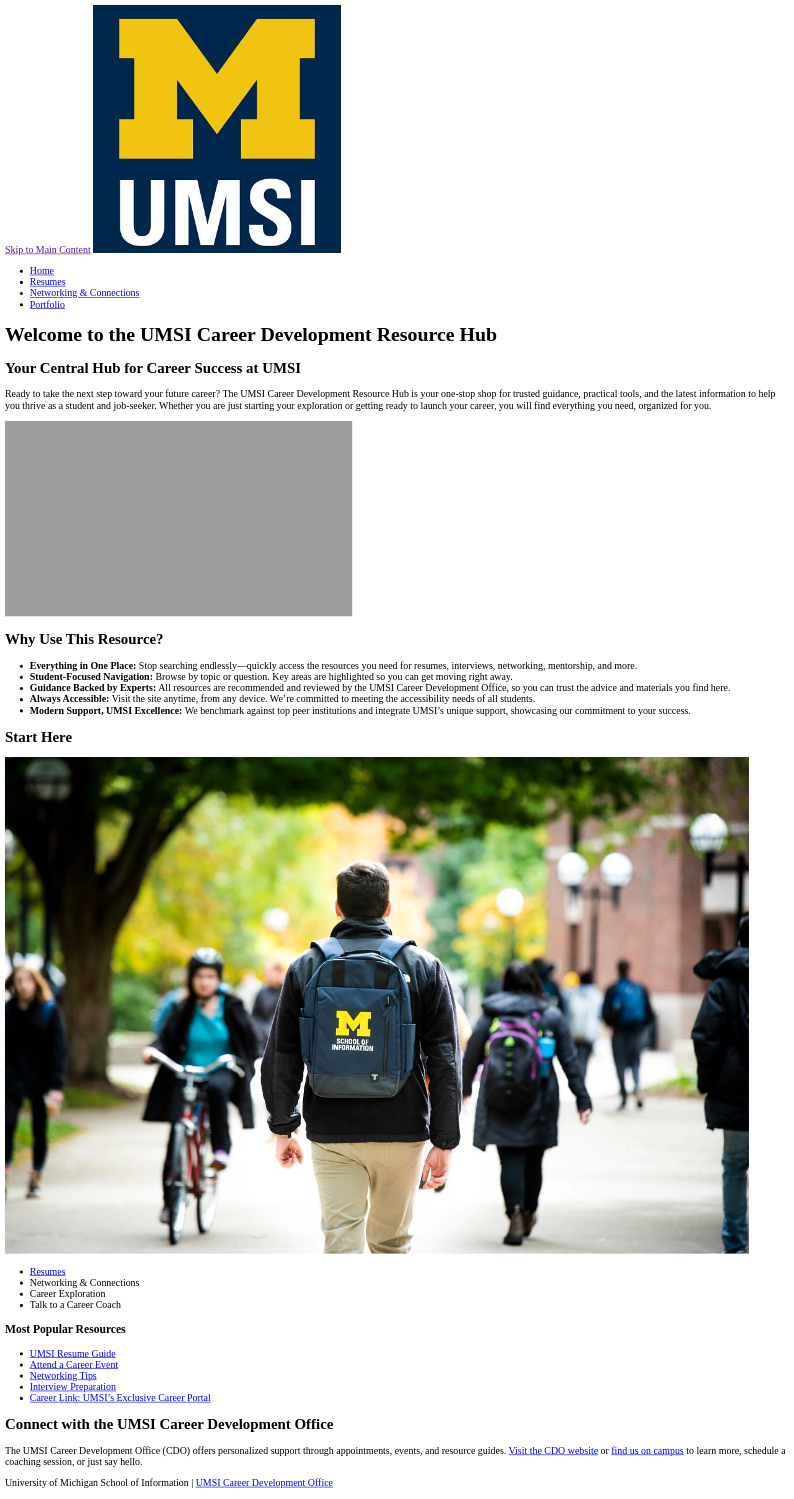
Repository: SylviaTingUM/client_project_w26
Page: index.html
These files come from the project's save history. The page is drawn as it stood at one moment and after the next save; the edit follows.
The browser window is 1280 px wide. The pictures show the whole page, at 62% of full size.
Pictures or frames that could not be fetched are drawn as grey boxes.

Above is the page before, as saved 2026-01-16 14:53:55.

After the next save:
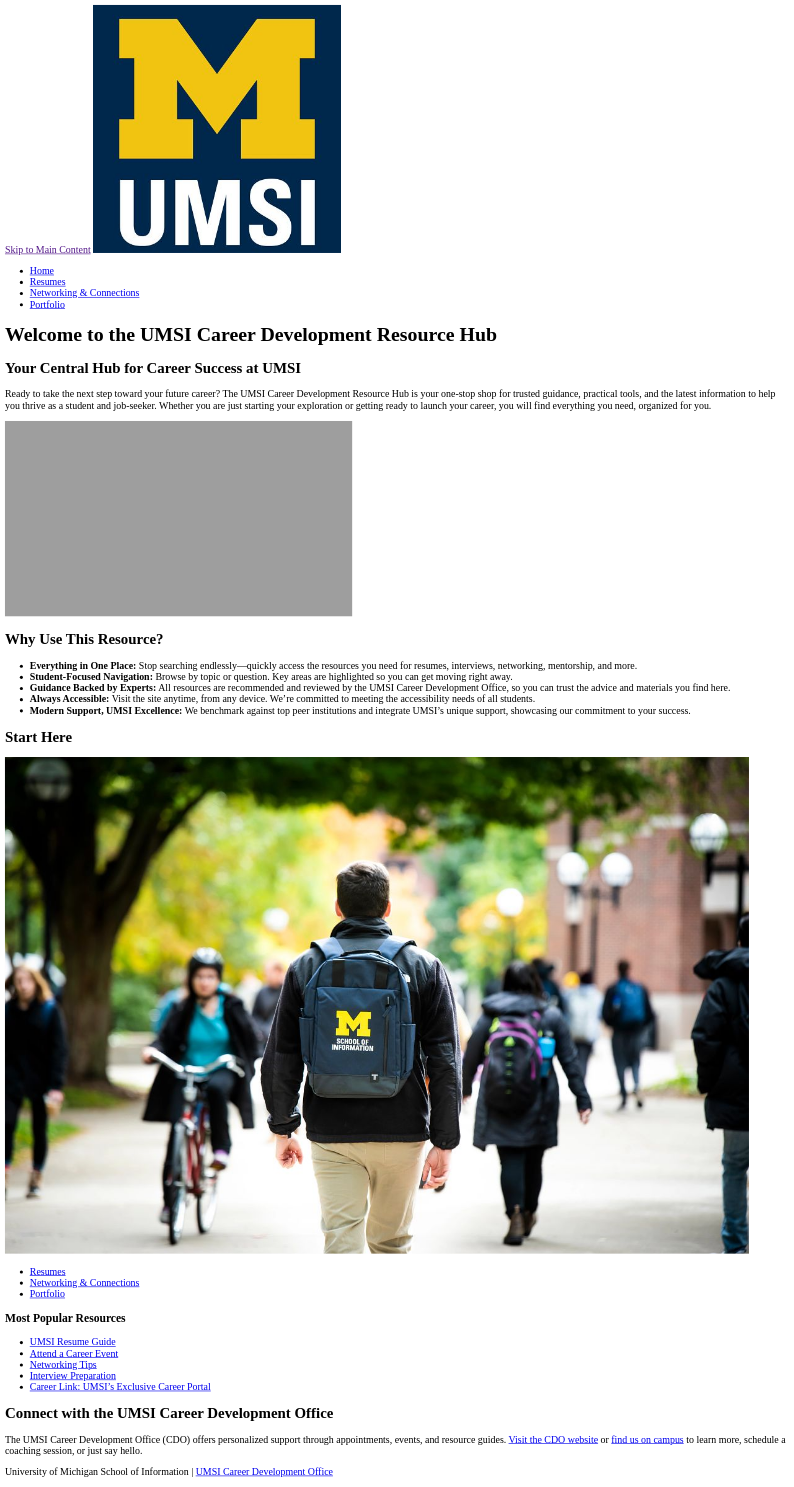
Saved 3 days later.
--- a/index.html
+++ b/index.html
@@ -62,9 +62,8 @@
           alt="A student wears a UMSI backpack in fall on the drag.">
         <ul>
           <li><a href="resume.html">Resumes</a></li>
-          <li><a>Networking & Connections</a></li>
-          <li><a>Career Exploration</a></li>
-          <li><a>Talk to a Career Coach</a></li>
+          <li><a href="networking.html">Networking & Connections</a></li>
+          <li><a href="portfolio.html">Portfolio</a></li>
         </ul>
 
 
